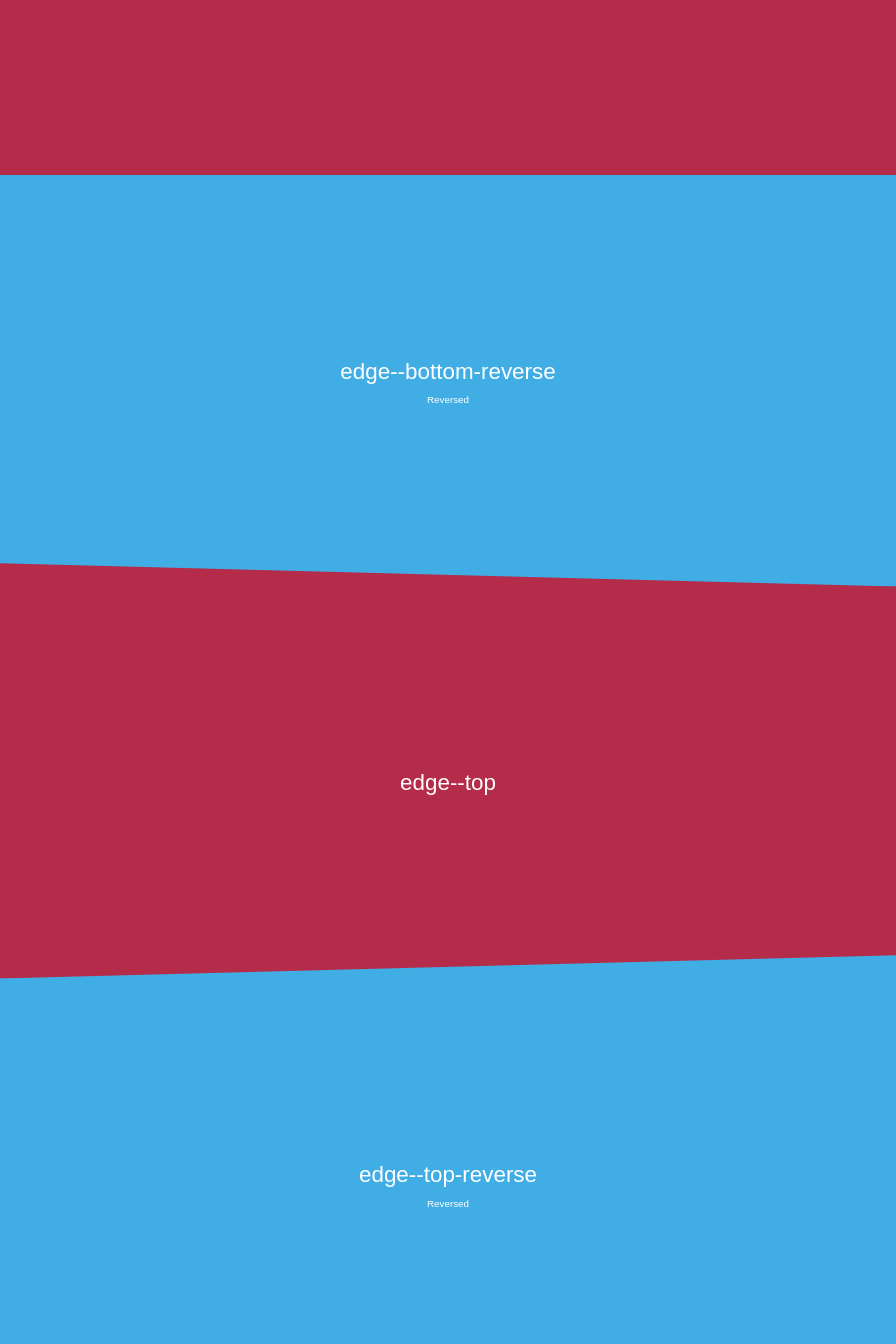
Repository: FrontendProjectsNL/mijn-portfolio-project
Page: /test-skewed-background
The author's editor kept a copy of each file at every save. The page is drawn from the files as they stood at one save, then again after the next save.
The browser window is 1280 px wide. The pictures show the part of the page from y = 310 to 2230 px (the page is 3478 px tall), at 70% of full size.
The project was rebuilt for these pictures with package versions that can differ from the ones it lists, and the page was loaded fresh each time. The framework's server and built-in components were replaced by stand-ins that run in the browser. Also part of the build but not shown: next.config.mjs.

Above is the page before, as saved 2024-10-23 14:02:00.

### app/layout.tsx
import type { Metadata } from 'next';
import localFont from 'next/font/local';

import { Roboto, Fira_Code, HelveticaNowDisplay } from 'next/font/google';

import './globals.css';

const geistSans = localFont({
  src: './fonts/GeistVF.woff',
  variable: '--font-geist-sans',
  weight: '100 900',
});
const geistMono = localFont({
  src: './fonts/GeistMonoVF.woff',
  variable: '--font-geist-mono',
  weight: '100 900',
});

const roboto = Roboto({
  subsets: ['latin'],
  weight: ['300', '400', '500', '700'],
  variable: '--font-roboto',
});

const firaCode = Fira_Code({
  subsets: ['latin'],
  weight: ['300', '400', '500', '700'],
  variable: '--font-fira-code',
});

export const metadata: Metadata = {
  title: 'Create Next App',
  description: 'Generated by create next app',
};

export default function RootLayout({
  children,
}: Readonly<{
  children: React.ReactNode;
}>) {
  return (
    <html lang="en">
      <body
        className={`${roboto.variable} ${firaCode.variable} ${geistSans.variable} ${geistMono.variable} antialiased`}
      >
        {children}
      </body>
    </html>
  );
}

### app/test-skewed-background/page.tsx
import '../test-skewed-background/skewed-background.css';

interface SkewedBackgroundProps {}

const SkewedBackground: React.FC<SkewedBackgroundProps> = () => {
  return (
    <div>
      <div className="test-block bg-berry edge edge--bottom">
        <h1>edge--bottom</h1>
      </div>

      <div className="test-block bg-blue edge edge--bottom-reverse">
        <h1>edge--bottom-reverse</h1>
        <p>Reversed</p>
      </div>

      <div className="test-block bg-berry edge edge--top">
        <h1>edge--top</h1>
      </div>

      <div className="test-block bg-blue edge edge--top-reverse">
        <h1>edge--top-reverse</h1>
        <p>Reversed</p>
      </div>

      <div className="test-block bg-orange edge edge--both">
        <h1>edge--both</h1>
      </div>

      <div className="test-block bg-green edge edge--both-reverse">
        <h1>edge--both-reverse</h1>
        <p>Reversed</p>
      </div>
    </div>
  );
};

export default SkewedBackground;

### app/test-skewed-background/skewed-background.css
.edge {
  position: relative;
  z-index: 1;
}

.edge::before,
.edge::after {
  background: inherit;
  content: '';
  display: block;
  height: 50%;
  left: 0;
  position: absolute;
  right: 0;
  z-index: -1;
  -webkit-backface-visibility: hidden;
}

.edge--bottom::after {
  bottom: 0;
  transform: skewY(-1.5deg);
  transform-origin: 100%;
}

.edge--bottom-reverse::after {
  bottom: 0;
  transform: skewY(1.5deg);
  transform-origin: 0 100%;
}

.edge--top::before {
  top: 0;
  transform: skewY(1.5deg);
  transform-origin: 100% 0;
}

.edge--top-reverse::before {
  top: 0;
  transform: skewY(-1.5deg);
  transform-origin: 0 0;
}

.edge--both::before {
  top: 0;
  transform: skewY(1.5deg);
  transform-origin: 100% 0;
}

.edge--both::after {
  bottom: 0;
  transform: skewY(-1.5deg);
  transform-origin: 100%;
}

.edge--both-reverse::before {
  top: 0;
  transform: skewY(-1.5deg);
  transform-origin: 0 0;
}

.edge--both-reverse::after {
  bottom: 0;
  transform: skewY(1.5deg);
  transform-origin: 0 100%;
}

/* Background Colors */
.bg-berry {
  background: #b52b4a;
}

.bg-blue {
  background: #41ade5;
}

.bg-orange {
  background: #de6628;
}

.bg-green {
  background: #5e9b42;
}

.test-block {
  color: #fff;
  font-family: 'Fira Sans', sans-serif;
  padding: 20% 20px;
  text-align: center;
}

h1 {
  font-size: 32px;
  font-weight: 500;
}

p {
  font-size: 14px;
  font-weight: 300;
  margin-top: 0.5em;
}

### tailwind.config.ts
import { Roboto } from 'next/font/google';
import type { Config } from 'tailwindcss';

const config: Config = {
  darkMode: ['class'],
  content: [
    './pages/**/*.{js,ts,jsx,tsx,mdx}',
    './components/**/*.{js,ts,jsx,tsx,mdx}',
    './app/**/*.{js,ts,jsx,tsx,mdx}',
  ],

  theme: {
    extend: {
      // You can define custom animations here
      // keyframes: {
      //   slideKeyframe: {
      //     '0%': { transform: 'translateX(0)' },
      //     '100%': { transform: 'translateX(100%)' },
      //   },
      // },
      // animation: {
      //   slideAnimation: 'slideKeyframe 0.5s ease-in-out',
      // },
      fontFamily: {
        roboto: ['var(--font-roboto)', 'sans-serif'],
        firaCode: ['var(--font-fira-code)', 'monospace'],
      },
      colors: {
        background: 'hsl(var(--background))',
        foreground: 'hsl(var(--foreground))',
        card: {
          DEFAULT: 'hsl(var(--card))',
          foreground: 'hsl(var(--card-foreground))',
        },
        popover: {
          DEFAULT: 'hsl(var(--popover))',
          foreground: 'hsl(var(--popover-foreground))',
        },
        primary: {
          DEFAULT: 'hsl(var(--primary))',
          foreground: 'hsl(var(--primary-foreground))',
        },
        secondary: {
          DEFAULT: 'hsl(var(--secondary))',
          foreground: 'hsl(var(--secondary-foreground))',
        },
        muted: {
          DEFAULT: 'hsl(var(--muted))',
          foreground: 'hsl(var(--muted-foreground))',
        },
        accent: {
          DEFAULT: 'hsl(var(--accent))',
          foreground: 'hsl(var(--accent-foreground))',
        },
        destructive: {
          DEFAULT: 'hsl(var(--destructive))',
          foreground: 'hsl(var(--destructive-foreground))',
        },
        border: 'hsl(var(--border))',
        input: 'hsl(var(--input))',
        ring: 'hsl(var(--ring))',
        chart: {
          '1': 'hsl(var(--chart-1))',
          '2': 'hsl(var(--chart-2))',
          '3': 'hsl(var(--chart-3))',
          '4': 'hsl(var(--chart-4))',
          '5': 'hsl(var(--chart-5))',
        },
      },
      borderRadius: {
        lg: 'var(--radius)',
        md: 'calc(var(--radius) - 2px)',
        sm: 'calc(var(--radius) - 4px)',
      },
    },
  },
  plugins: [require('tailwindcss-animate')],
};
export default config;

Loaded but not shown: app/globals.css (common file)

After the next save:
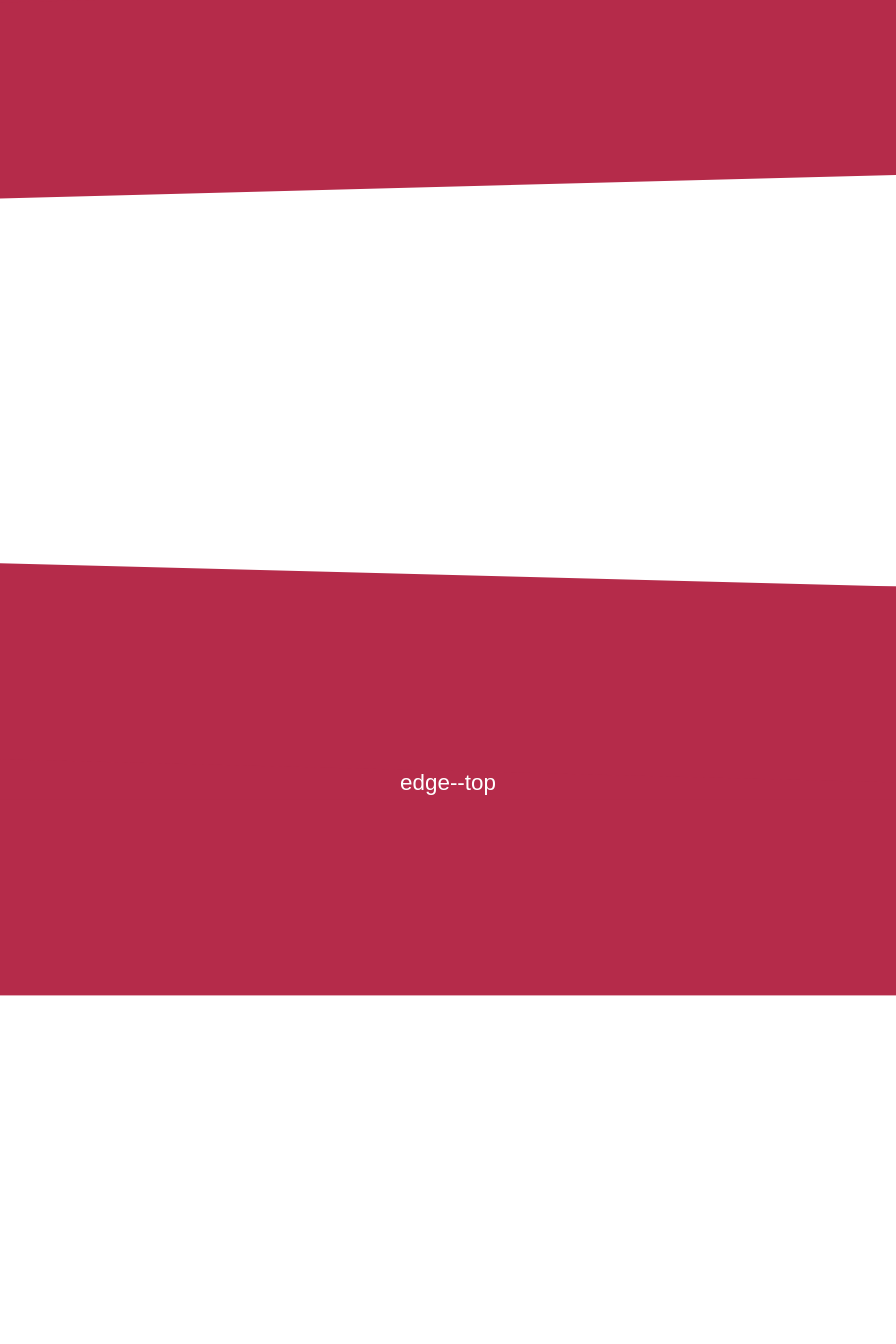
Saved 25 s later.
--- a/app/test-skewed-background/skewed-background.css
+++ b/app/test-skewed-background/skewed-background.css
@@ -69,9 +69,9 @@
   background: #b52b4a;
 }
 
-.bg-blue {
+/* .bg-blue {
   background: #41ade5;
-}
+} */
 
 .bg-orange {
   background: #de6628;
